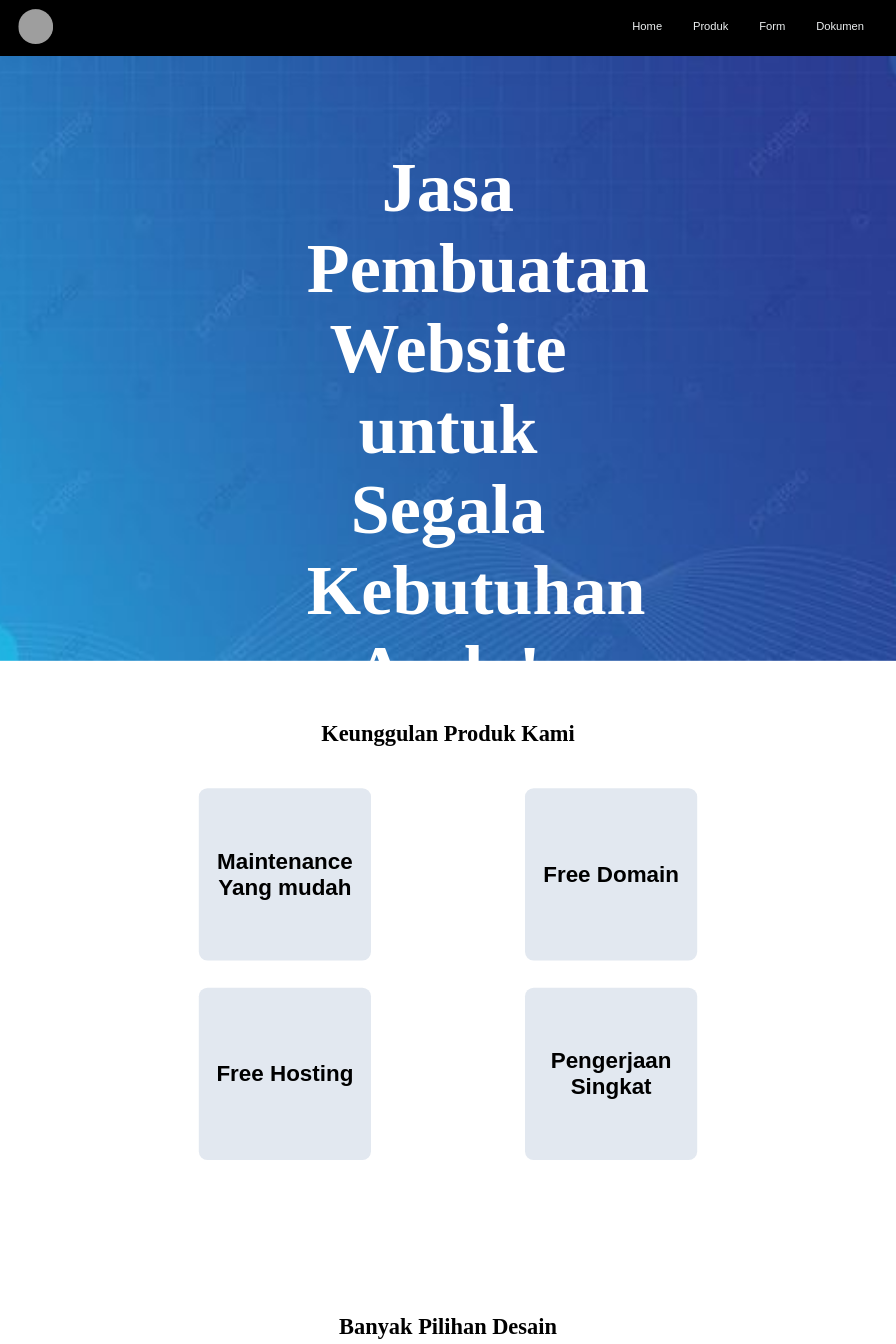
Repository: zecht12/TimModul
Page: TimModul.html
These files come from the project's save history. The page is drawn as it stood at one moment and after a run of saves; the edit follows.
The browser window is 1280 px wide. The pictures show the part of the page from y = 0 to 1920 px (the page is 3920 px tall), at 70% of full size.
Pictures or frames that could not be fetched are drawn as grey boxes.

Above is the page before, as saved 2023-04-25 19:05:25.

After the next 4 saves:
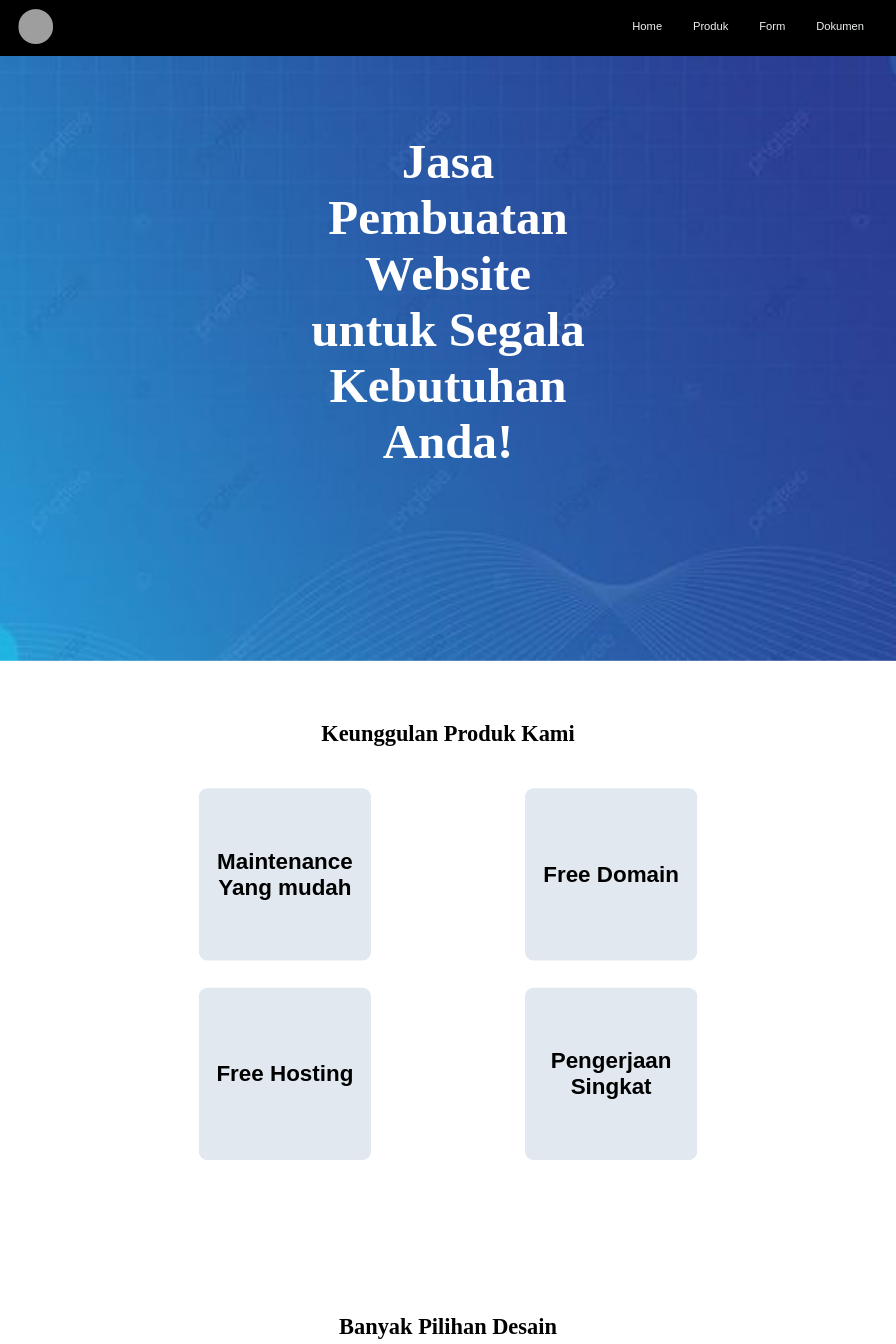
The 4 saves are shown as one change because they came seconds apart.
The last was saved 11 s later.
--- a/TimModul.html
+++ b/TimModul.html
@@ -27,7 +27,7 @@
             </div>
             <div style="height: auto; width: 70%;">
                 <div style=" display: flex; justify-content: center; align-items: center;">
-                    <h1 style="text-align: center; color: white; font-size: 100px; font-weight: 900; width: 50%;">Jasa Pembuatan Website untuk Segala Kebutuhan Anda!</h1>
+                    <h1 style="text-align: center; color: white; font-size: 70px; font-weight: 900; width: 50%;">Jasa Pembuatan Website untuk Segala Kebutuhan Anda!</h1>
                 </div>
             </div>
             <div style="height: auto; width: 15%; display: flex; justify-content: center; align-items: center;">
